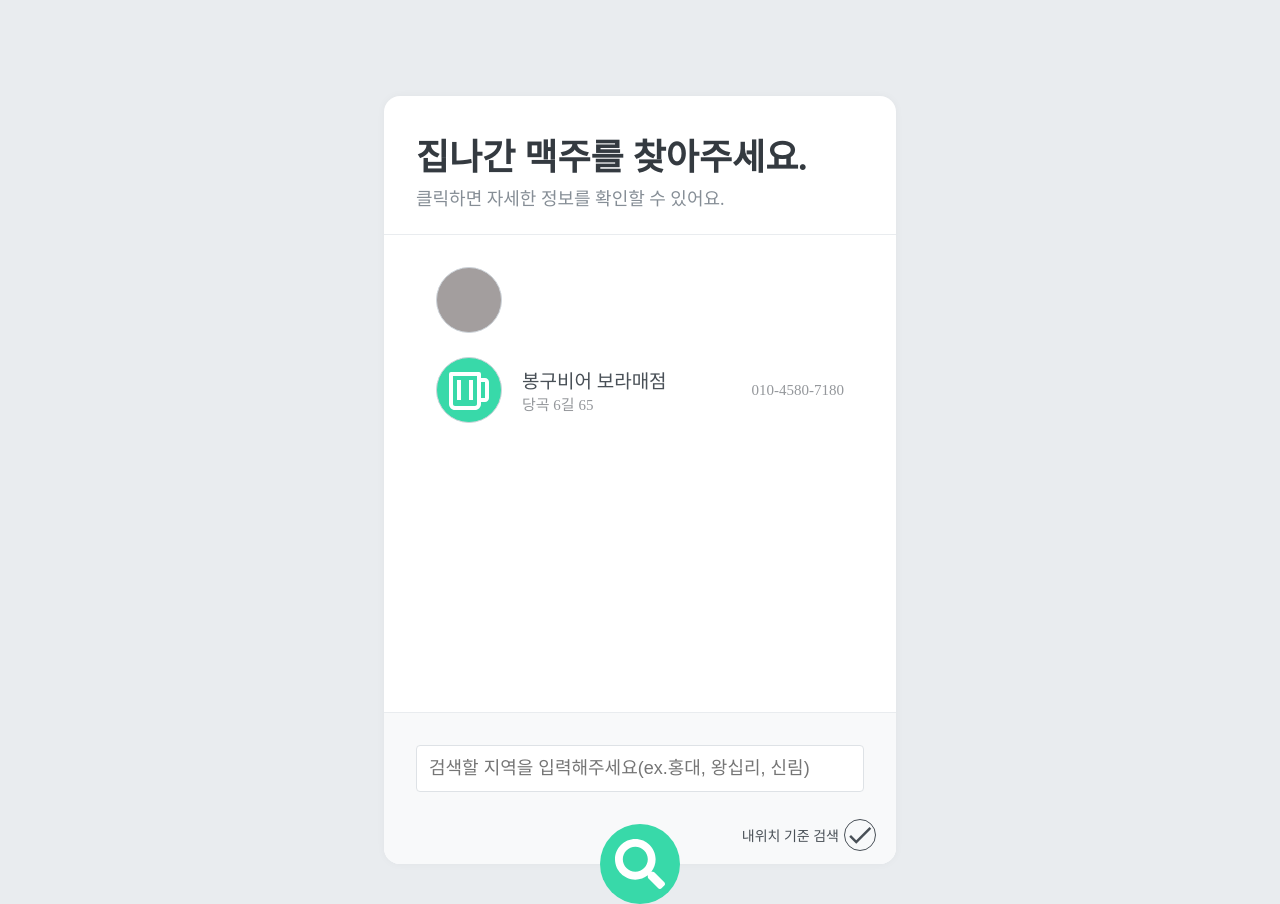
Repository: THE-SOPT-WEB/kimNamjun
Page: / (app in week4/bring-my-beer/)
The author's editor kept a copy of each file at every save. The page is drawn from the files as they stood at one save, then again after a run of saves.
The browser window is 1280 px wide. The pictures show the whole page.
The project was rebuilt for these pictures with package versions that can differ from the ones it lists, and the page was loaded fresh each time.

Above is the page before, as saved 2022-05-13 03:20:59.

After the next 2 saves:
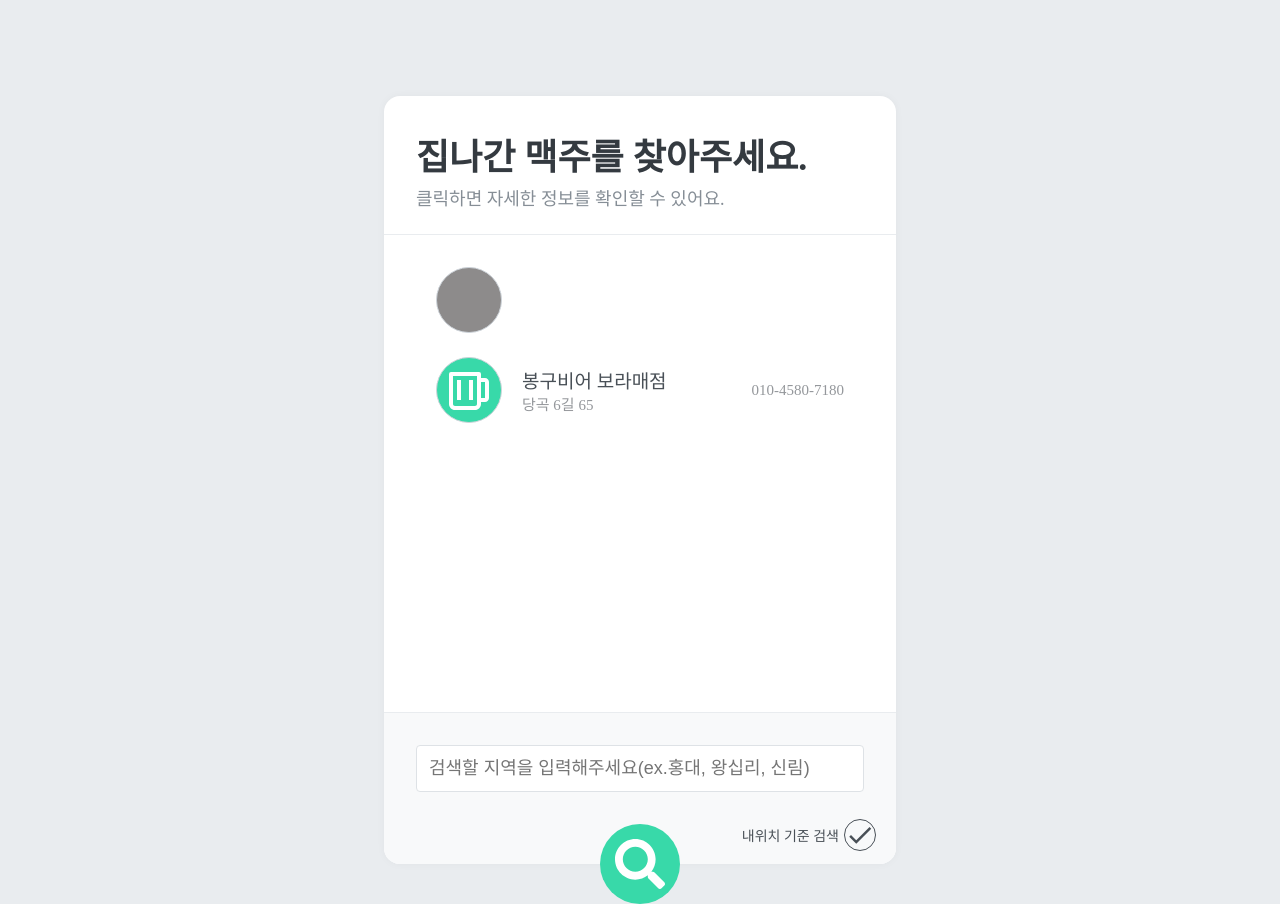
The 2 saves are shown as one change because they came seconds apart.
The last was saved 8 s later.
--- a/week4/bring-my-beer/src/components/SkeletonItem.jsx
+++ b/week4/bring-my-beer/src/components/SkeletonItem.jsx
@@ -20,7 +20,7 @@ const Icon = styled.div`
   justify-content: center;
   margin-right: 20px;
   cursor: pointer;
-  background-color: #a39e9e;
+  background-color: #8d8b8b;
   color: #fff;
 `;
 
